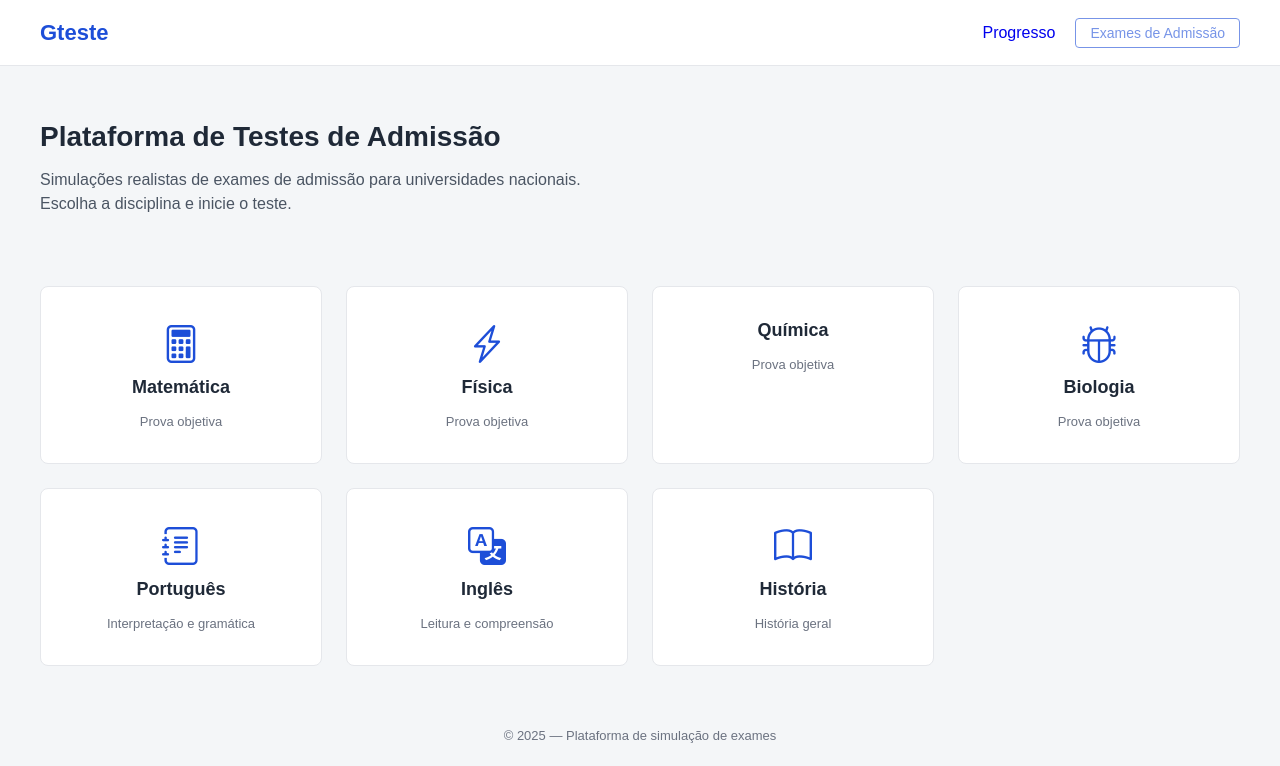
Repository: juvencio009/infratech-web
Page: index.html
The author's editor kept a copy of each file at every save. The page is drawn from the files as they stood at one save, then again after a run of saves.
The browser window is 1280 px wide. The pictures show the whole page.

Above is the page before, as saved 2025-12-18 00:28:03.

After the next 2 saves:
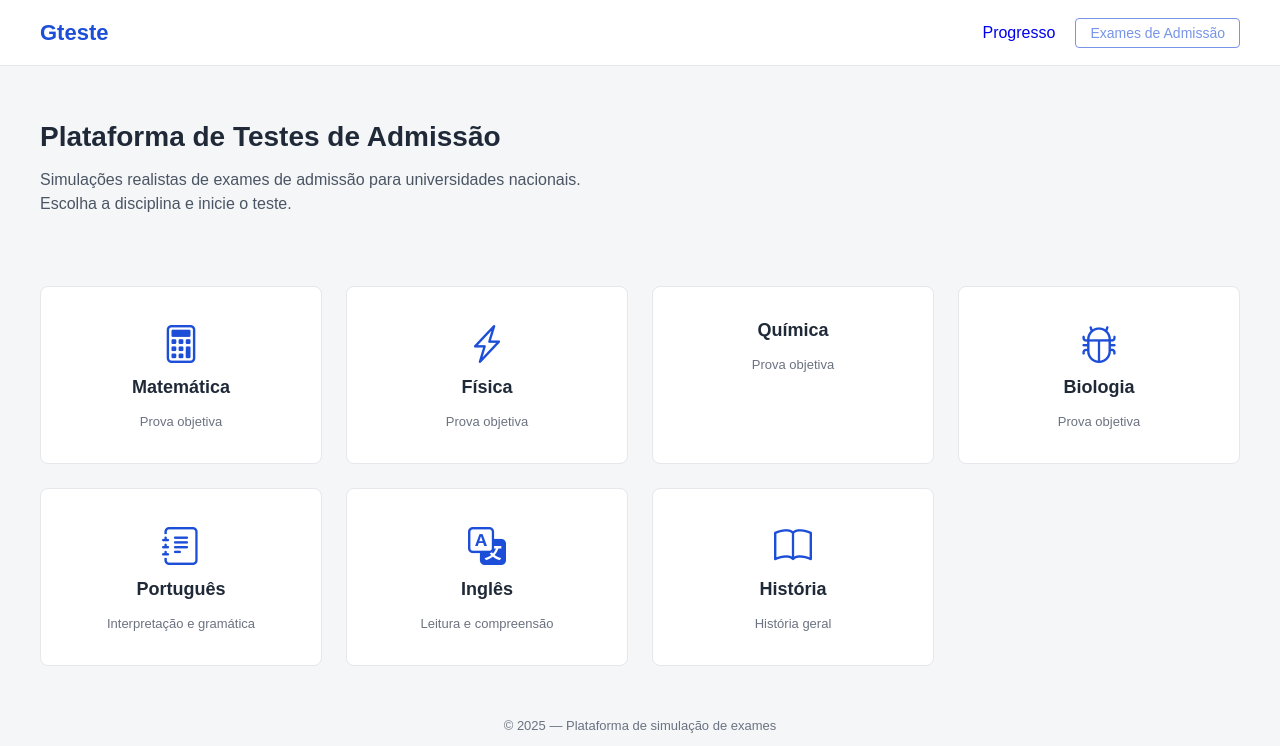
The 2 saves are shown as one change because they came seconds apart.
The last was saved 6 s later.
--- a/css/style.css
+++ b/css/style.css
@@ -244,7 +244,8 @@ footer {
   padding: 20px;
   font-size: 13px;
   color: #6b7280;
-  padding: ;
+  padding: 10px 12px;
+
 }
 
 /* ===============================
